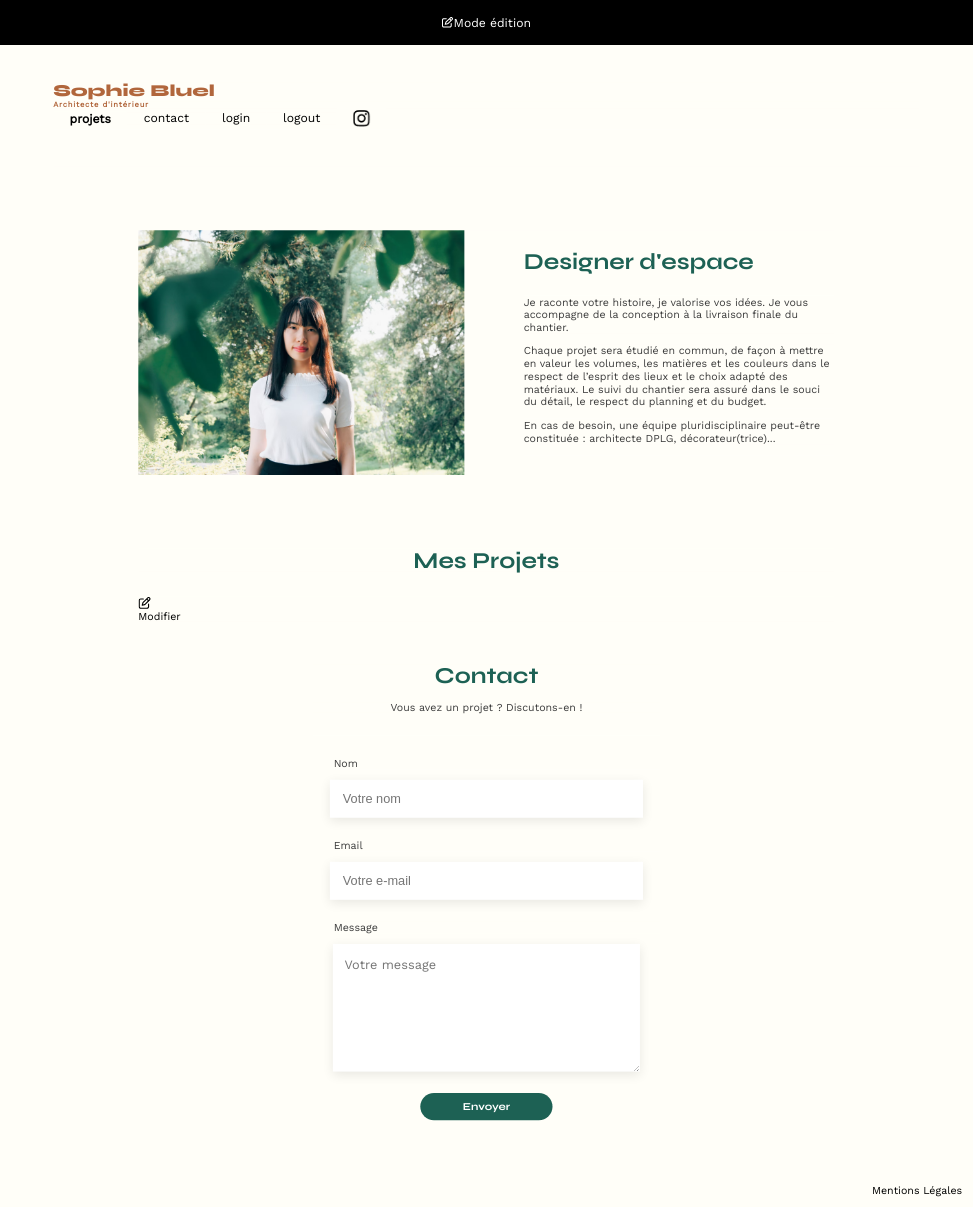
Repository: BlueSoley23/openclassrooms
Page: FrontEnd/index.html
The author's editor kept a copy of each file at every save. The page is drawn from the files as they stood at one save, then again after the next save.
The browser window is 1280 px wide. The pictures show the whole page, at 76% of full size.
The page's requests for data from a server got no answer.

Above is the page before, as saved 2023-12-21 07:01:31.
Console error: TypeError: categories is not iterable

After the next save:
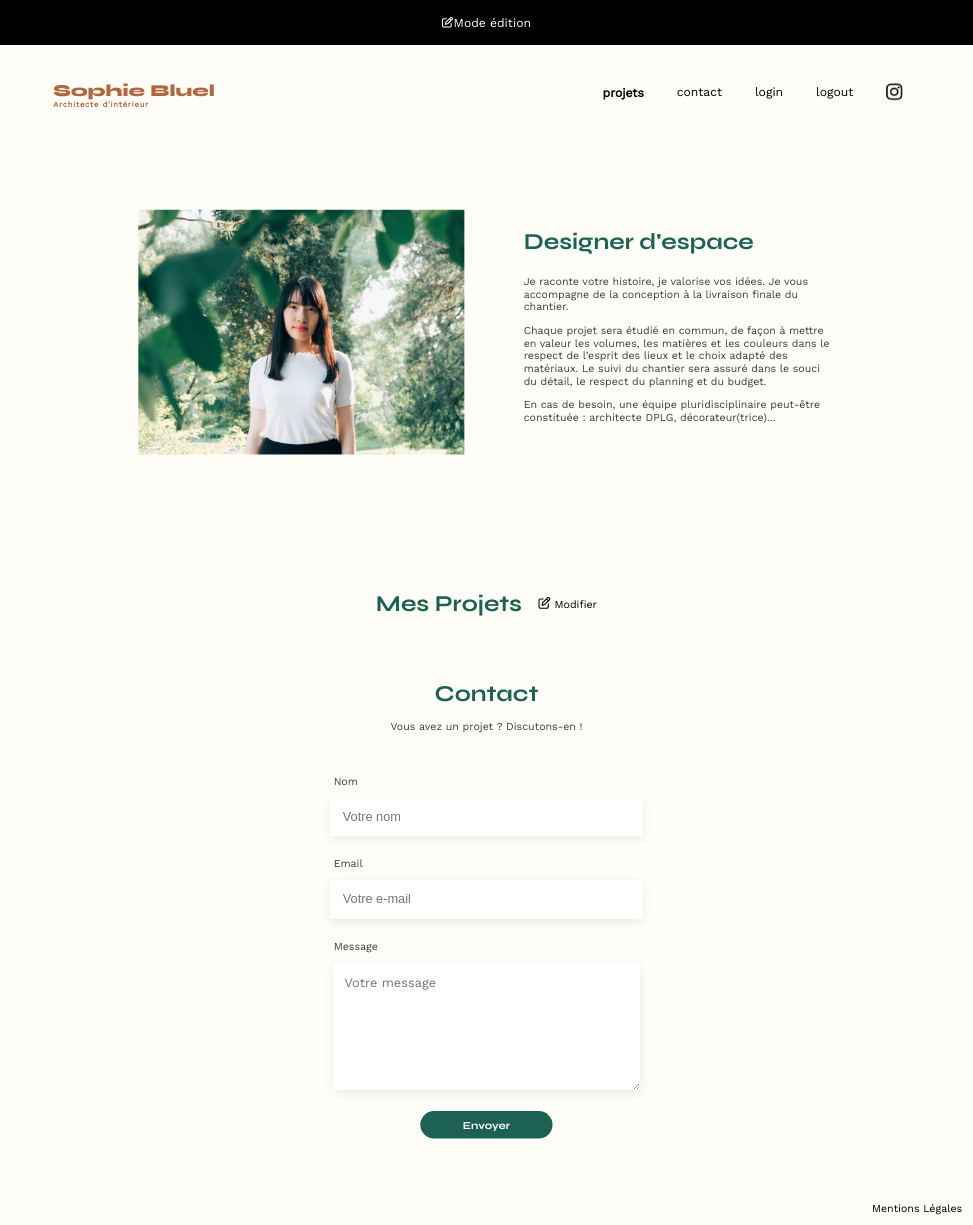
Saved 9 s later.
--- a/FrontEnd/assets/css/style.css
+++ b/FrontEnd/assets/css/style.css
@@ -567,36 +567,38 @@
 	}
 
 	.header-block {
-	margin-top: 59px;.modifier-link__content {
-	display: flex;
-	justify-content: flex-end;
-	align-items: flex-end;
-	display: flex;
-	justify-content: space-between;
-	}
-
-	.modifier-link__content--icon {
-	color: #000;
-	}
-
-	.portfolio__title--section {
-	display: flex;
-	flex-direction: row;
-	justify-content: center;
-	justify-content: center;
-	align-items: center;
-	}
-
-	.modifier-link__content {
-	display: flex;
-	flex-direction: row;
-	justify-content: flex-end;
-	align-items: flex-end;
-	padding-top: 4.5em;
-	padding-left: 1.5em;
-	}
-
-	.modifier-link__content--title {
-	margin-left: 0.35em;
-	align-items: flex-end;
-	}
+		margin-top: 59px;.modifier-link__content {
+			display: flex;
+			justify-content: flex-end;
+			align-items: flex-end;
+		}
+		display: flex;
+		justify-content: space-between;
+	  }
+
+
+	  .modifier-link__content--icon {
+		color: #000;
+	  }
+
+	  .portfolio__title--section {
+		display: flex;
+		flex-direction: row;
+		justify-content: center;
+		justify-content: center;
+		align-items: center;
+	  }
+
+	  .modifier-link__content {
+		display: flex;
+		flex-direction: row;
+		justify-content: flex-end;
+		align-items: flex-end;
+		padding-top: 4.5em;
+		padding-left: 1.5em;
+	  }
+
+	  .modifier-link__content--title {
+		margin-left: 0.35em;
+		align-items: flex-end;
+	  }
